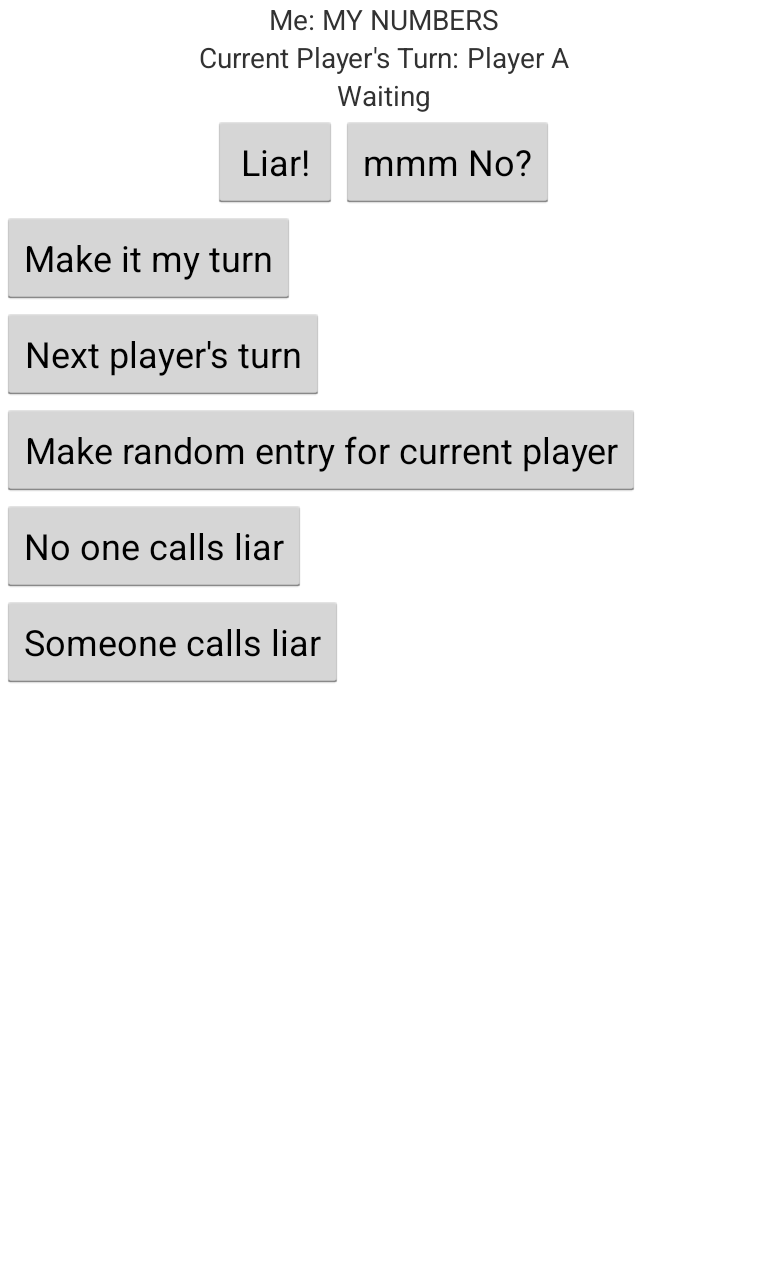
Repository: RayyLim/LiarPoker
Layout: LiarPoker/res/layout/gameroom_main.xml
An editor plug-in stored every save of this project. The layout is shown before and after the next save, followed by the edit.
It is drawn on a 768 x 1280 px phone screen (xhdpi) without system bars, with theme AppTheme; the app's code is not run.

Above is the layout before, as saved 2012-07-22 07:19:10.

### LiarPoker/res/layout/gameroom_main.xml
<?xml version="1.0" encoding="utf-8"?>
<LinearLayout xmlns:android="http://schemas.android.com/apk/res/android"
	android:layout_width="match_parent" android:layout_height="match_parent"
	android:orientation="vertical">

	<LinearLayout android:layout_width="wrap_content"
		android:layout_height="wrap_content"
		android:layout_gravity="center_horizontal">
		<TextView android:id="@+id/meLabel" android:layout_width="wrap_content"
			android:layout_height="wrap_content" android:text="Me: " />

		<TextView android:id="@+id/mynumbersLabel"
			android:layout_width="wrap_content" android:layout_height="wrap_content"
			android:text="MY NUMBERS" />
	</LinearLayout>

	<LinearLayout android:layout_width="wrap_content"
		android:layout_height="wrap_content"
		android:layout_gravity="center_horizontal">
				<TextView
			android:layout_width="wrap_content" android:layout_height="wrap_content"
			android:text="Current Player's Turn: " />
		<TextView android:id="@+id/currentPlayerLabel"
			android:layout_width="wrap_content" android:layout_height="wrap_content"
			android:text="Player A" />



	</LinearLayout>
			<TextView android:id="@+id/currentPlayerHasLabel"
			android:layout_width="wrap_content" android:layout_height="wrap_content"
			android:text="Waiting"
			        android:layout_gravity="center_horizontal"
			        />



			<LinearLayout
			    android:layout_width="wrap_content"
			    android:layout_height="wrap_content"
			            android:layout_gravity="center_horizontal">
					<Button
			    android:id="@+id/liarButton"
			    android:layout_width="wrap_content"
			    android:layout_height="wrap_content"
			    android:text="Liar!"
			    />
								<Button
			    android:id="@+id/notLiarButton"
			    android:layout_width="wrap_content"
			    android:layout_height="wrap_content"
			    android:text="mmm No?" />
			</LinearLayout>

			<Button
			    android:id="@+id/testMyTurn"
			    android:layout_width="wrap_content"
			    android:layout_height="wrap_content"
			    android:text="Make it my turn" />

			<Button
			    android:id="@+id/testNextPlayerTurn"
			    android:layout_width="wrap_content"
			    android:layout_height="wrap_content"
			    android:text="Next player's turn"
			    android:onClick="fakeNewCurrentPlayer"
			    />


						<Button
			    android:id="@+id/testRandomEntryForPlayer"
			    android:layout_width="wrap_content"
			    android:layout_height="wrap_content"
			    android:text="Make random entry for current player"
			    android:onClick="fakeRandomCurrentPlayerHas"/>

												<Button
			    android:id="@+id/fakeNoOneCallsLiar"
			    android:layout_width="wrap_content"
			    android:layout_height="wrap_content"
			    android:text="No one calls liar"
			    android:onClick="fakeNoOneCallsLiar"/>

																								<Button
			    android:id="@+id/fakeSomeoneCallsLiar"
			    android:layout_width="wrap_content"
			    android:layout_height="wrap_content"
			    android:text="Someone calls liar"
			    android:onClick="fakeSomeoneCallsLiar"/>

</LinearLayout>

Loaded but not shown: LiarPoker/res/values-v11/styles.xml (common file); LiarPoker/res/values-v14/styles.xml (common file); LiarPoker/res/values/styles.xml (common file)

After the next save:
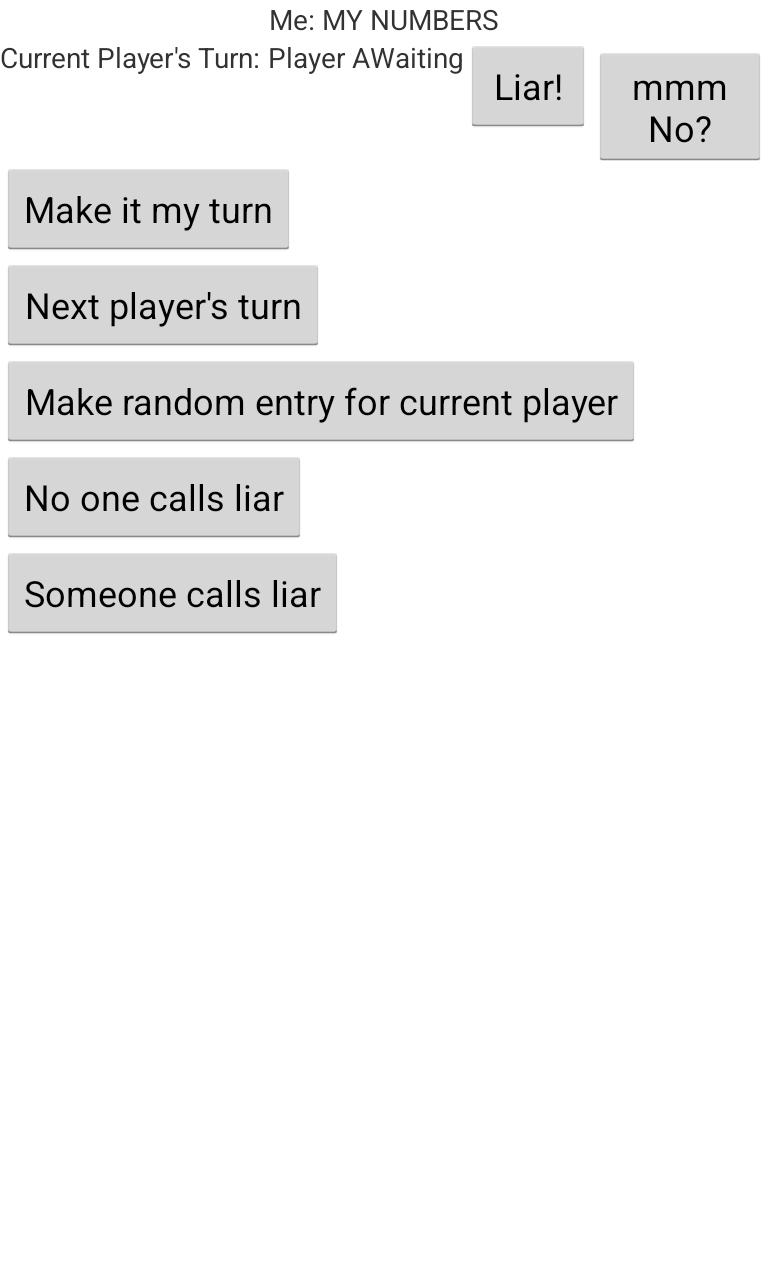
Saved 3 min 12 s later.
--- a/LiarPoker/res/layout/gameroom_main.xml
+++ b/LiarPoker/res/layout/gameroom_main.xml
@@ -14,6 +14,12 @@
 			android:text="MY NUMBERS" />
 	</LinearLayout>
 
+	<LinearLayout
+	    android:id="@+id/notMyTurnLayout"
+	    android:layout_width="wrap_content"
+		android:layout_height="wrap_content"
+		android:layout_gravity="center_horizontal"
+	    >
 	<LinearLayout android:layout_width="wrap_content"
 		android:layout_height="wrap_content"
 		android:layout_gravity="center_horizontal">
@@ -51,7 +57,7 @@
 			    android:layout_height="wrap_content"
 			    android:text="mmm No?" />
 			</LinearLayout>
-
+			</LinearLayout>
 			<Button
 			    android:id="@+id/testMyTurn"
 			    android:layout_width="wrap_content"
